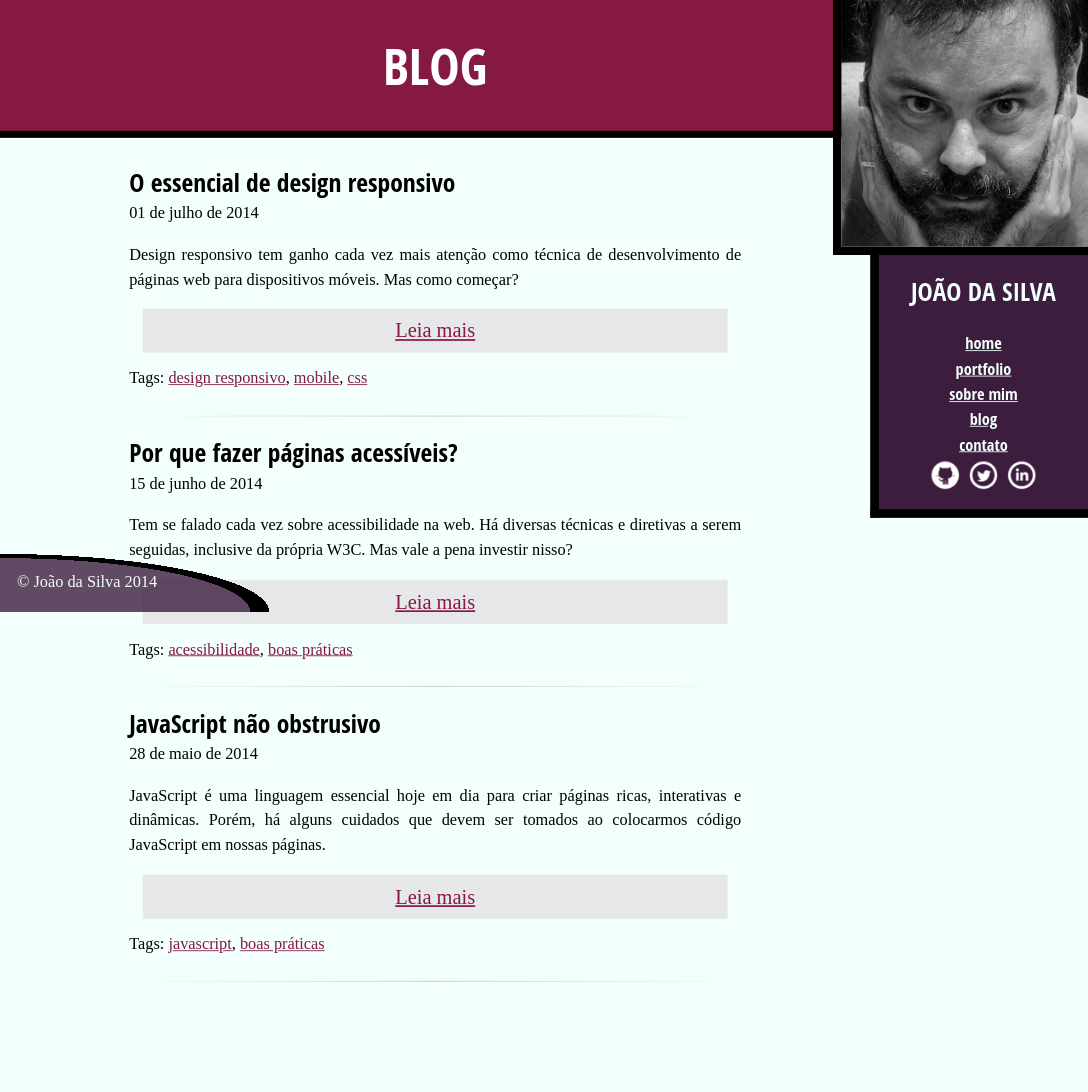
Repository: MichelMiola/html5Css3Avancado
Page: projeto/blog.html
An editor plug-in stored every save of this project. The page is shown before and after the next save, followed by the edit.
The browser window is 1280 px wide. The pictures show the whole page, at 85% of full size.
Some web fonts or font styles are not loaded; a fallback is used.

Above is the page before, as saved 2015-03-20 20:50:12.

### projeto/blog.html
<!DOCTYPE html>
<html>
<head>
    <meta charset="utf-8">
    <title>Blog - João da Silva</title>
    <link rel="icon" href="imagens/favicon.png">
    <link rel="stylesheet" href="css/reset.css">
    <link rel="stylesheet" href="css/site.css">
    <link rel="stylesheet" href="css/blog.css">
    <link rel="stylesheet" href="http://fonts.googleapis.com/css?family=Crimson+Text:400,400italic,600">
    <link rel="stylesheet" href="http://fonts.googleapis.com/css?family=Open+Sans+Condensed:700">
</head>
<body>
    <main>
        <h1 class="titulo-principal">Blog</h1>
        <div class="container">
            <article class="post-blog">
                <h2 class="subtitulo-texto">O essencial de design responsivo</h2>
                <time datetime="2014-07-01">01 de julho de 2014</time>
                <p>Design responsivo tem ganho cada vez mais atenção como técnica de desenvolvimento de páginas web para dispositivos móveis. Mas como começar?</p>
                <a class="leia-mais" href="#">Leia mais</a>
                <footer>Tags: <a href="#">design responsivo</a>, <a href="#">mobile</a>, <a href="#">css</a></footer>
            </article>
            <article class="post-blog">
                <h2 class="subtitulo-texto">Por que fazer páginas acessíveis?</h2>
                <time datetime="2014-06-15">15 de junho de 2014</time>
                <p>Tem se falado cada vez sobre acessibilidade na web. Há diversas técnicas e diretivas a serem seguidas, inclusive da própria W3C. Mas vale a pena investir nisso?</p>
                <a class="leia-mais" href="#">Leia mais</a>
                <footer>Tags: <a href="#">acessibilidade</a>, <a href="#">boas práticas</a></footer>
            </article>
            <article class="post-blog">
                <h2 class="subtitulo-texto">JavaScript não obstrusivo</h2>
                <time datetime="2014-05-28">28 de maio de 2014</time>
                <p>JavaScript é uma linguagem essencial hoje em dia para criar páginas ricas, interativas e dinâmicas. Porém, há alguns cuidados que devem ser tomados ao colocarmos código JavaScript em nossas páginas.</p>
                <a class="leia-mais" href="#">Leia mais</a>
                <footer>Tags: <a href="#">javascript</a>, <a href="#">boas práticas</a></footer>
            </article>
        </div>
    </main>
    <img src="imagens/eu.jpg" alt="Minha foto" class="minha-foto">
    <aside class="navegacao-site">
        <h1>João da Silva</h1>
        <nav>
            <ul>
                <li><a href="index.html">Home</a></li>
                <li><a href="portfolio.html">Portfolio</a></li>
                <li><a href="bio.html">Sobre mim</a></li>
                <li><a href="blog.html">Blog</a></li>
                <li><a href="contato.html">Contato</a></li>
            </ul>
        </nav>
        <ul class="icones-redes-sociais">
            <li>
                <a href="https://github.com/joaodasilva" class="github">
                    Github
                </a>
            </li>
            <li>
                <a href="https://twitter.com/joaodasilva" class="twitter">
                    Twitter
                </a>
            </li>
            <li>
                <a href="https://br.linkedin.com/pub/joão-da-silva/32/4/508" class="linkedin">
                    LinkedIn
                </a>
            </li>
        </ul>
    </aside>
    <footer class="rodape-pagina">
        &copy; João da Silva 2014
    </footer>
</body>
</html>

### projeto/css/site.css
body {
	font-family: "Crimson Text", "Times New Roman", serif;
	background-color: #F2FFFC;
	font-size: 120%;
	line-height: 1.5;
}

h1, h2, .subtitulo-principal {
	font-family: "Open Sans Condensed", "Arial", sans-serif;
}

h1 {
	text-transform: uppercase;
	font-size: 60px;
}

.titulo-principal {
	text-align: center;
	background-color: #851944;
	color: #FFF;
	padding: 2rem;
	border-bottom: .5rem solid #000;
}

.subtitulo-texto {
	font-size: 30px;
	clear: both;
}

main a {
	color: #851944;
}

main p {
	text-align: justify;
	margin: 20px 0;
}

.navegacao-site {
	text-align: center;
	background-color: #3C1D3D;
	color: #F2FFFC;
	padding: 20px;
}

.navegacao-site a {
	color: inherit;
	font-family: "Open Sans Condensed", "Arial", sans-serif;
	text-transform: lowercase;
}

.navegacao-site h1 {
	font-size: 30px;
	margin-bottom: 25px;
}

.rodape-pagina {
	/* background-color: #000; */
	color: #F2FFFC;
	padding: 20px;
	clear: both;
	position: fixed;
	bottom: 0;
	left: 0;
	width: 100%;
	box-sizing: border-box;
	/* background-color: rgba(0, 0, 0, 0.3); */
	background-image: radial-gradient(ellipse at left bottom, rgba(60, 29, 61, 0.8),
		rgba(60, 29, 61, 0.8) 65%, black 65%, black 70%, transparent 70%,
		transparent);
	background-size: 25% 100%;
	background-repeat: no-repeat;
}

.container {
	width: 720px;
	margin-left: auto;
	margin-right: auto;
	padding: 30px 0;
}

strong {
	font-weight: bold;
}

em {
	font-style: italic;
}

.icones-redes-sociais li {
	display: inline-block;
}

.icones-redes-sociais a {
	width: 40px;
	height: 40px;
	display: block;
	text-indent: -99999px;
}

.github {
	background-image: url(../imagens/github.png);
}

.twitter {
	background-image: url(../imagens/twitter.png);
}

.linkedin {
	background-image: url(../imagens/linkedin.png);
}

main {
	width: 80%;
	float: left;
	padding-bottom: 80px;
}

.minha-foto, .navegacao-site {
	border-left: 10px solid black;
	border-bottom: 10px solid black;
	box-sizing: border-box;
}

.navegacao-site {
	width: 20%;
	float: right;
	position: relative;
	top: 300px;
}

.minha-foto {
	position: absolute;
	top: 0;
	right: 0;
	height: 300px;
}

.leia-mais {
	padding: .5em;
	margin: 1em;
	display: block;
	font-size: 1.25em;
	text-align: center;
	background-color: #E6E7E8;
}

.citacao-bio {
	background-color: #D9E5E3;
	border: .5em solid #C2CCCA;
	padding: 1em;
	margin: 1em 2em;
	width: 30ch;
	box-sizing: border-box;
}

### projeto/css/blog.css
.leia-mais {
    padding: 8px;
    margin: 16px;
    display: block;
    font-size: 24px;
    text-align: center;
    background-color: #E6E7E8;
}

.post-blog {
    padding-bottom: 30px;

    margin-bottom: 20px;
    background-image: linear-gradient(to right, transparent, black, transparent);
    background-size: 100% 1px;
    background-repeat: no-repeat;
    background-position: bottom center;
    background-image: linear-gradient(to right,
    rgba(200, 200, 200, 0),
    rgba(200, 200, 200, 1),
    rgba(200, 200, 200, 0));
}

Loaded but not shown: projeto/css/reset.css (common file)

After the next save:
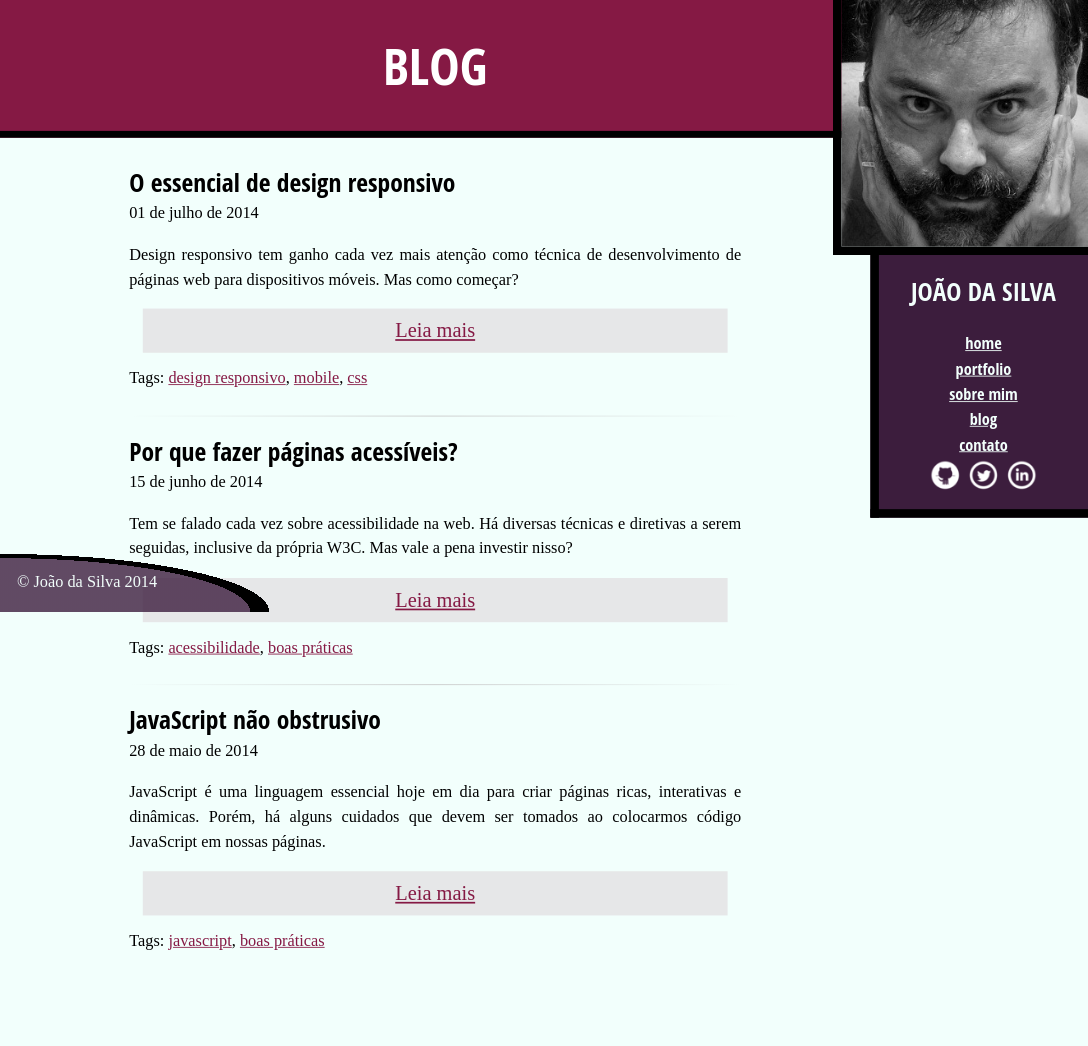
Saved 3 days later.
--- a/projeto/css/blog.css
+++ b/projeto/css/blog.css
@@ -7,16 +7,14 @@
     background-color: #E6E7E8;
 }
 
-.post-blog {
-    padding-bottom: 30px;
-
-    margin-bottom: 20px;
-    background-image: linear-gradient(to right, transparent, black, transparent);
-    background-size: 100% 1px;
-    background-repeat: no-repeat;
-    background-position: bottom center;
-    background-image: linear-gradient(to right,
-    rgba(200, 200, 200, 0),
-    rgba(200, 200, 200, 1),
-    rgba(200, 200, 200, 0));
+.post-blog + .post-blog {
+  /* trocamos padding-bottom e margin-bottom por
+     padding-top e margin-top */
+  padding-top: 1em;
+  margin-top: 1.5em;
+  background-image: linear-gradient(to right, rgba(200, 200, 200, 0), rgba(200, 200, 200, 1), rgba(200, 200, 200, 0));
+  background-size: 100% 1px;
+  background-repeat: no-repeat;
+  /* trocamos "bottom center" por "top center" */
+  background-position: top center;
 }

After the save that followed:
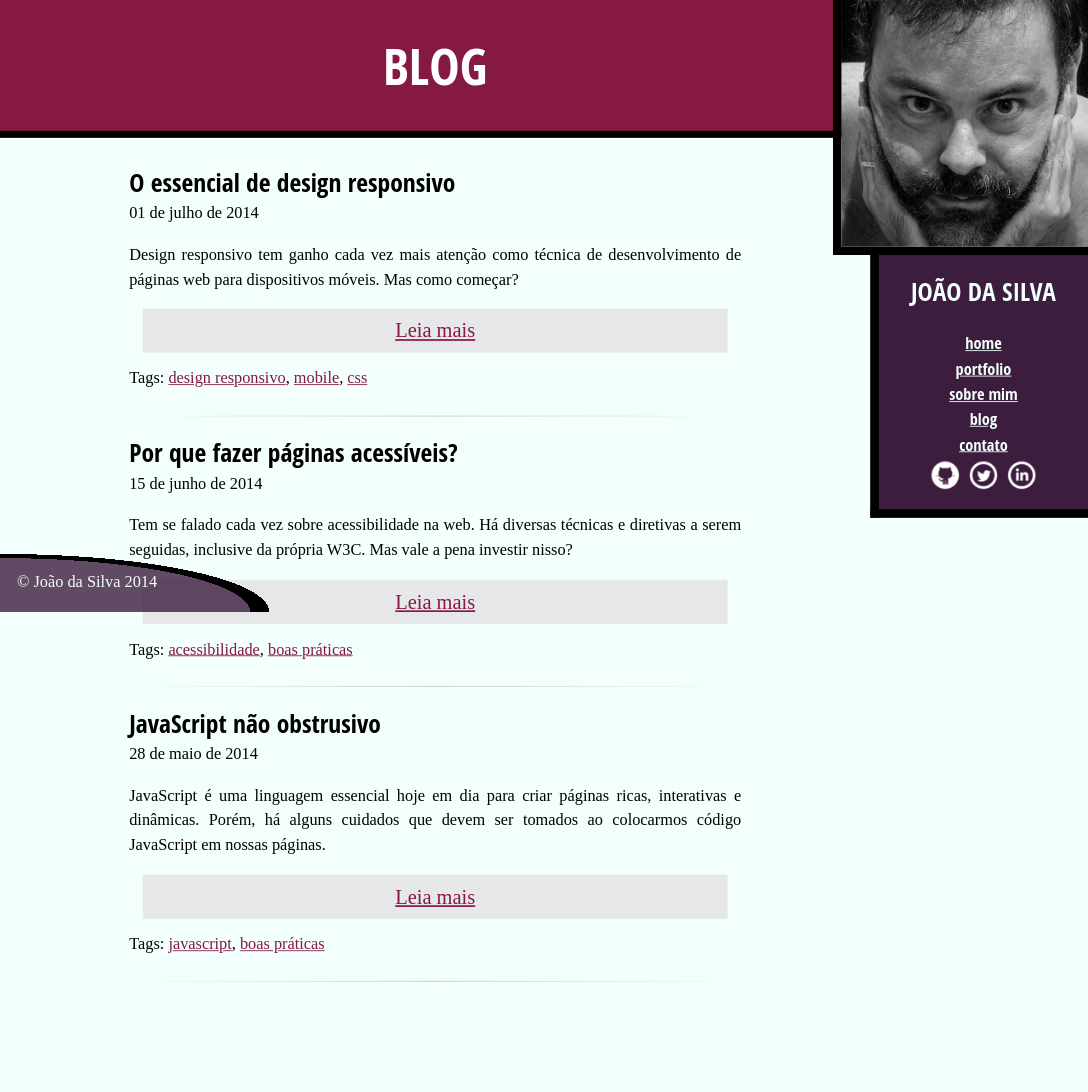
Saved 15 s later.
--- a/projeto/css/blog.css
+++ b/projeto/css/blog.css
@@ -7,14 +7,16 @@
     background-color: #E6E7E8;
 }
 
-.post-blog + .post-blog {
-  /* trocamos padding-bottom e margin-bottom por
-     padding-top e margin-top */
-  padding-top: 1em;
-  margin-top: 1.5em;
-  background-image: linear-gradient(to right, rgba(200, 200, 200, 0), rgba(200, 200, 200, 1), rgba(200, 200, 200, 0));
-  background-size: 100% 1px;
-  background-repeat: no-repeat;
-  /* trocamos "bottom center" por "top center" */
-  background-position: top center;
+.post-blog {
+    padding-bottom: 30px;
+
+    margin-bottom: 20px;
+    background-image: linear-gradient(to right, transparent, black, transparent);
+    background-size: 100% 1px;
+    background-repeat: no-repeat;
+    background-position: bottom center;
+    background-image: linear-gradient(to right,
+    rgba(200, 200, 200, 0),
+    rgba(200, 200, 200, 1),
+    rgba(200, 200, 200, 0));
 }
